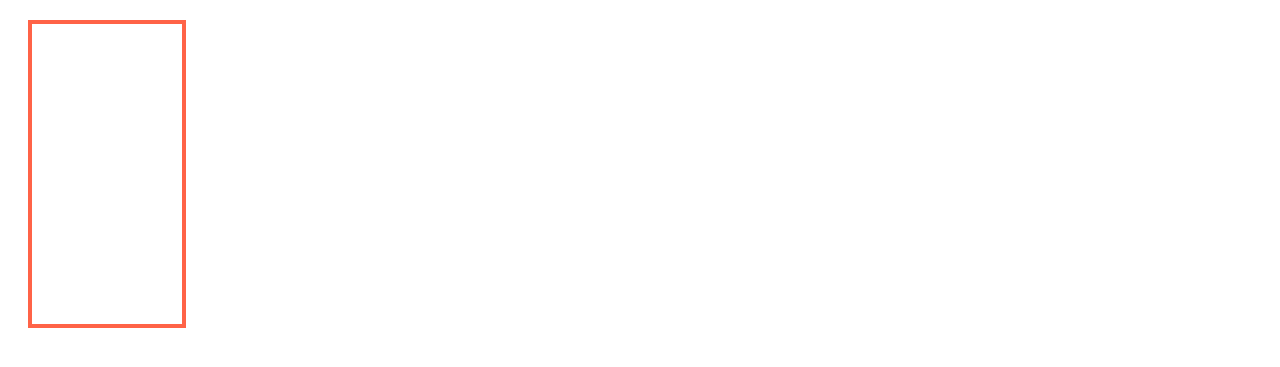
Repository: sangah-park98/jsp-class
Page: k20230508_1_css/src/main/webapp/12_박스모델2.html
These files come from the project's save history. The page is drawn as it stood at one moment and after the next save; the edit follows.
The browser window is 1280 px wide. The pictures show the whole page.

Above is the page before, as saved 2023-05-08 08:42:02.

After the next save:
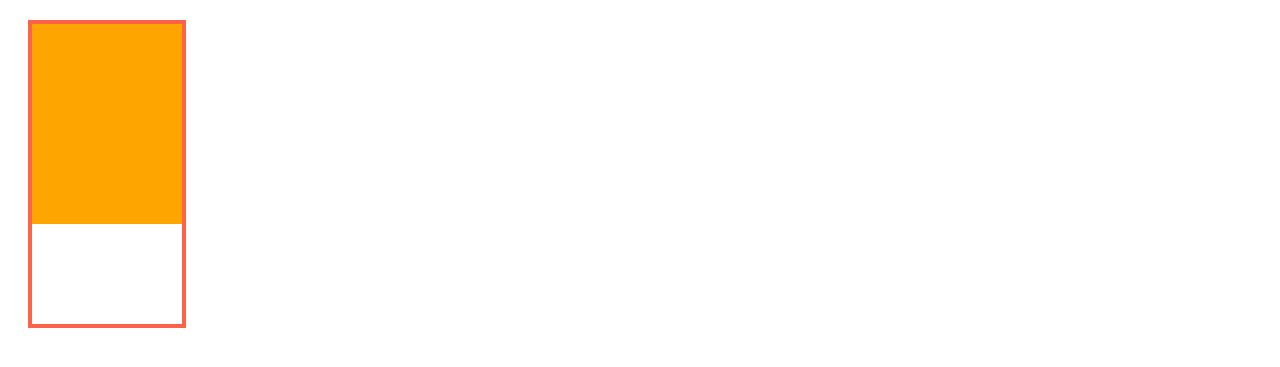
Saved 73 s later.
--- a/k20230508_1_css/src/main/webapp/12_박스모델2.html
+++ b/k20230508_1_css/src/main/webapp/12_박스모델2.html
@@ -19,6 +19,12 @@
 		border: 4px solid tomato;
 		margin: 20px;
 	}
+	.child {
+		width: auto;
+		height: 200px;
+		background-color: orange;
+	}
+
 </style>
 </head>
 <body>
